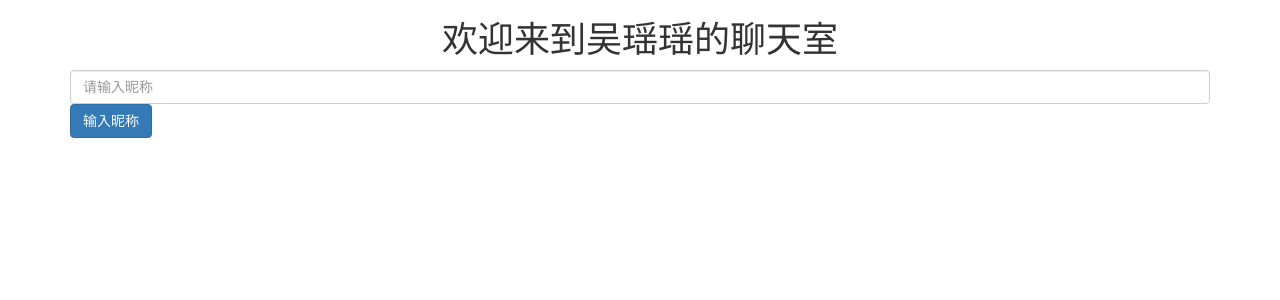
Repository: wyy511/node-socket.io
Page: client.html
The author's editor kept a copy of each file at every save. The page is drawn from the files as they stood at one save, then again after the next save.
The browser window is 1280 px wide. The pictures show the whole page.
The page's requests for data from a server got no answer. Some web libraries are served in a nearby version.

Above is the page before, as saved 2019-11-20 23:37:47.
Console error (its wording comes from the project's code and is left out).

### client.html
<!DOCTYPE html>
<html lang="en">
<head>
  <meta charset="UTF-8">
  <meta name="viewport" content="width=device-width, initial-scale=1.0">
  <meta http-equiv="X-UA-Compatible" content="ie=edge">
  <title>吴瑶瑶的聊天室</title>
  <style>
    *{
      margin: 0;
      padding: 0;
    }
    .title {
      text-align: center;
    }
    #msgBox {
      display: none;
    }
  </style>
  <!-- 最新版本的 Bootstrap 核心 CSS 文件 -->
<link rel="stylesheet" href="https://cdn.jsdelivr.net/npm/bootstrap@3.3.7/dist/css/bootstrap.min.css" integrity="sha384-BVYiiSIFeK1dGmJRAkycuHAHRg32OmUcww7on3RYdg4Va+PmSTsz/K68vbdEjh4u" crossorigin="anonymous">
<!-- 最新的 Bootstrap 核心 JavaScript 文件 -->
<script src="https://cdn.jsdelivr.net/npm/bootstrap@3.3.7/dist/js/bootstrap.min.js" integrity="sha384-Tc5IQib027qvyjSMfHjOMaLkfuWVxZxUPnCJA7l2mCWNIpG9mGCD8wGNIcPD7Txa" crossorigin="anonymous"></script>
</head>
<body>
  <div class="container">
    <header>
      <h1 class="title">欢迎来到吴瑶瑶的聊天室</h1>
    </header>
    <div>
      <div id="nameBox">
        <input id="name" class="form-control" type="text" placeholder="请输入昵称">
        <button id="nameBtn" type="button" class="btn btn-primary">输入昵称</button>
      </div>
      <div id="msgBox">
        <input id="msg" onkeydown="enterChart(event)" />
        <button id="msgBtn" onclick="sendChart()">发送内容</button>
      </div>
    </div>
    <footer></footer>
  </div>
  <script type="text/javascript" src="https://cdn.bootcss.com/socket.io/2.3.0/socket.io.js"></script>
  <script type="text/javascript">
    var socket = io.connect('ws://172.19.162.86:3000');
    var name = '';
    var userId = '';
    const msgBtn = document.getElementById('msgBtn');
    const msgEl = document.getElementById('msg');
    const nameBtn = document.getElementById('nameBtn');
    const nameEl = document.getElementById('name');
    const msgBox = document.getElementById('msgBox');
    const nameBox = document.getElementById('nameBox');
    nameBtn.onclick = () => {
      const val = nameEl.value;
      if (!val) return;
      name = val;
      socket.emit('changeName', name);
      nameEl.value = '';
      nameBox.style.display = 'none';
      msgBox.style.display = 'block';
    }
    // 如果客户端监听到socket消息，那么执行这个方法里的回调，且得到广播的消息
    socket.on("changeName", data => {
      console.log(data)
      var p = document.createElement("p");
      userId = data.userId;
      p.innerText = data.msg;
      document.body.appendChild(p);
    })
    function enterChart (e) {
      if (e.keyCode === 13) {
        sendChart();
      }
    }
    function sendChart () {
      const val = msgEl.value;
      if (!val) return;
      msgEl.value = '';
      socket.emit('chat', {
        userId,
        name,
        msg: val
      });
    }
    // 如果客户端监听到socket消息，那么执行这个方法里的回调，且得到广播的消息
    socket.on("chat", (data) => {
      var p = document.createElement("p");
      p.innerText = data.msg;
      document.body.appendChild(p);
    })
  </script>
</body>
</html>

After the next save:
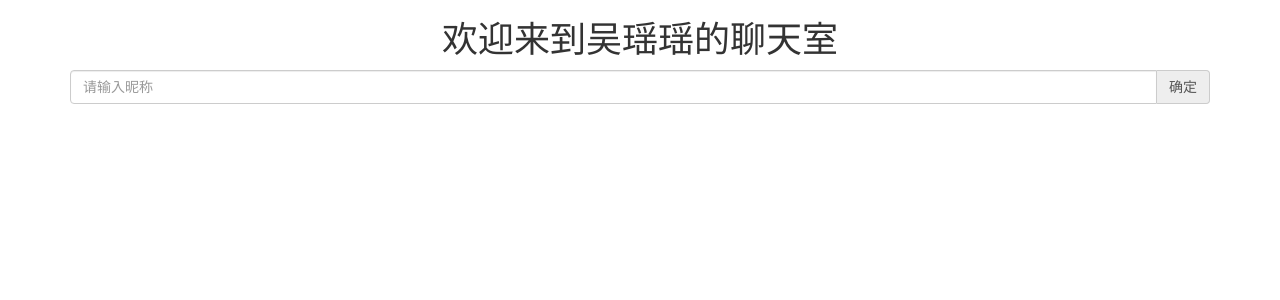
Saved 2 min 26 s later.
--- a/client.html
+++ b/client.html
@@ -29,8 +29,12 @@
     </header>
     <div>
       <div id="nameBox">
-        <input id="name" class="form-control" type="text" placeholder="请输入昵称">
-        <button id="nameBtn" type="button" class="btn btn-primary">输入昵称</button>
+        <div class="input-group">
+            <input id="name" class="form-control" type="text" placeholder="请输入昵称">
+          <span id="nameBtn" class="input-group-addon">确定</span>
+        </div>
+        <!--
+        <button  type="button" class="btn btn-primary">输入昵称</button> -->
       </div>
       <div id="msgBox">
         <input id="msg" onkeydown="enterChart(event)" />
